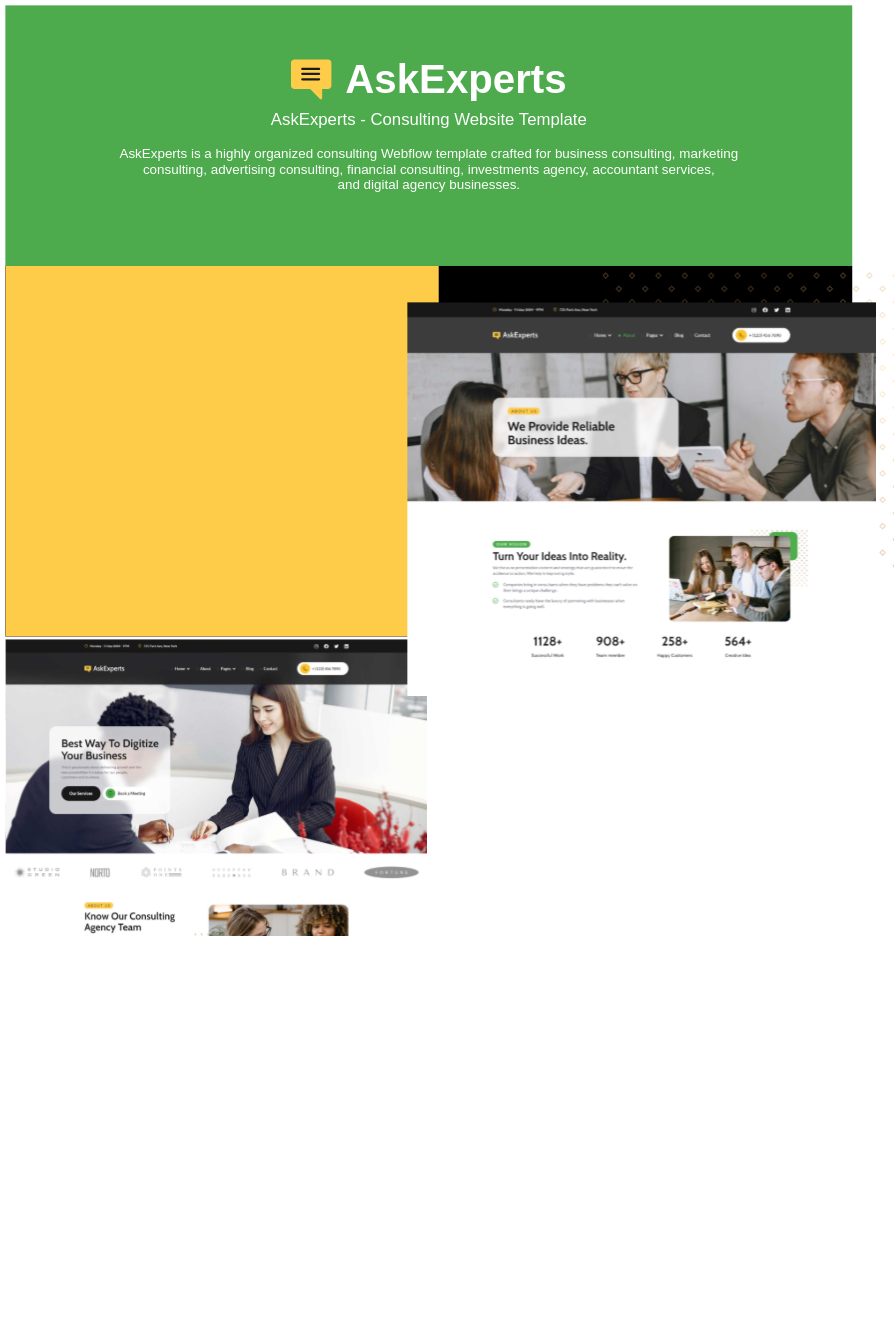
Repository: Richard-progex/webflow-tem
Page: index.html
The author's editor kept a copy of each file at every save. The page is drawn from the files as they stood at one save, then again after a run of saves.
The browser window is 1280 px wide. The page is 1335 px wide, so the pictures cover 1335 px, including what lies to the right of the window. The pictures show the whole page, at 67% of full size.

Above is the page before, as saved 2024-10-24 16:26:59.

After the next 2 saves:
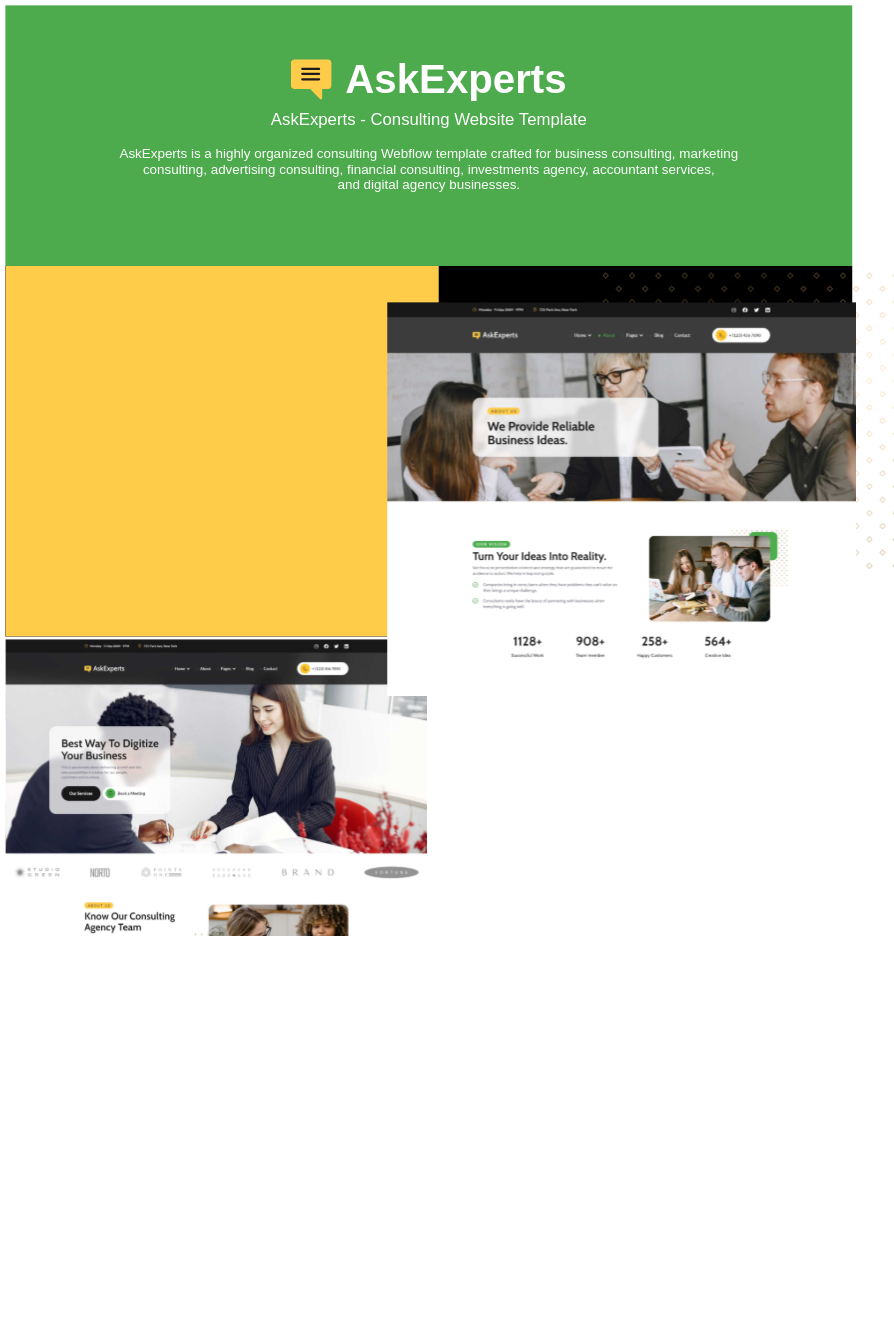
The 2 saves are shown as one change because they came seconds apart.
The last was saved 20 s later.
--- a/index.css
+++ b/index.css
@@ -46,5 +46,5 @@
     /* height: 533px; */
     position: relative;
     top: -950px;
-    left: 600px;
+    left: 570px;
 }
